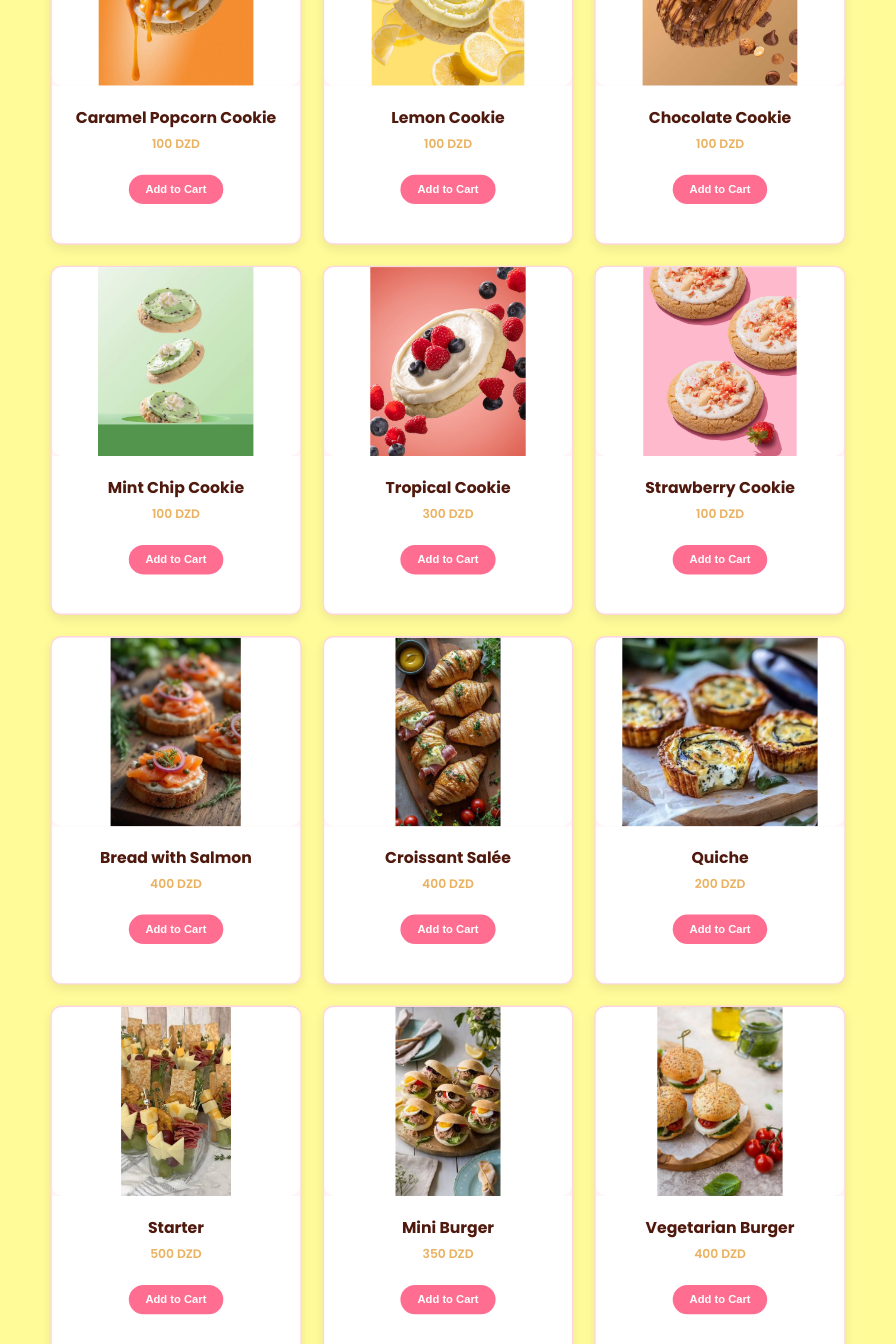
Repository: Sayy17/happy-oven-app
Page: /
The author's editor kept a copy of each file at every save. The page is drawn from the files as they stood at one save, then again after the next save.
The browser window is 1280 px wide. The pictures show the part of the page from y = 1181 to 3101 px (the page is 6322 px tall), at 70% of full size.
The project was rebuilt for these pictures with package versions that can differ from the ones it lists, and the page was loaded fresh each time. Also part of the build but not shown: src/components/Product/ReviewForm.js, src/components/Product/ProductDetail.js, src/components/Cart/CartPanel.js, src/components/Contact/ContactPopup.js, src/components/AboutUs/AboutUs.js, src/components/Notification.js.

Above is the page before, as saved 2025-05-06 16:48:55.

### public/index.html
<!DOCTYPE html>
<html lang="en">
<head>
  <meta charset="UTF-8" />
  <meta name="viewport" content="width=device-width, initial-scale=1.0" />
  <title>Happy Oven</title>
</head>
<body>
  <div id="root"></div>
</body>
</html>

### src/components/Shop/ProductGrid.js
import React from 'react';
import { Link } from 'react-router-dom';
import { useCart } from '../../context/CartContext';

const ProductGrid = ({ products, onProductClick }) => {
  const { addToCart } = useCart();

  const handleAddToCart = (e, product) => {
    e.preventDefault(); // Prevent navigation
    e.stopPropagation(); // Prevent event bubbling
    addToCart(product);
  };

  // Function to handle image errors
  const handleImageError = (e) => {
    e.target.onerror = null; // Prevent infinite loop
    e.target.src = '/images/placeholder.jpg'; // Set default placeholder
  };

  return (
    <div className="product-grid">
      {products.length === 0 ? (
        <div className="no-products">No products found</div>
      ) : (
        products.map((product) => (
          <div key={product.id} className="product-card">
            <Link
              to={`/products/${product.id}`}
              className="product-link"
              onClick={() => onProductClick(product.id)}
            >
              <div className="product-image">
                <img
                  src={product.image}
                  alt={product.name}
                  onError={handleImageError}
                />
              </div>
              <div className="product-info">
                <h3 className="product-name">{product.name}</h3>
                <p className="product-price">{product.price} DZD</p>
              </div>
              <button
                className="add-to-cart"
                onClick={(e) => handleAddToCart(e, product)}
              >
                Add to Cart
              </button>
            </Link>
          </div>
        ))
      )}
    </div>
  );
};

export default ProductGrid;

Loaded but not shown: src/index.js (common file); src/index.css (common file); src/data/products.js (294 lines, source omitted); src/context/ProductContext.js (139 lines, source omitted); src/context/CartContext.js (127 lines, source omitted); src/components/Shop/SearchComponent.js (115 lines, source omitted); src/App.js (90 lines, source omitted); src/components/Shop/Shop.js (82 lines, source omitted); src/components/Menu.js (81 lines, source omitted); src/components/Shop/CategoryButtons.js (35 lines, source omitted); src/components/BakeryBanner.js (22 lines, source omitted); src/components/Cart/FloatingCartIcon.js (21 lines, source omitted); src/components/Header.js (16 lines, source omitted); src/App.css (2205 lines, source omitted)

After the next save:
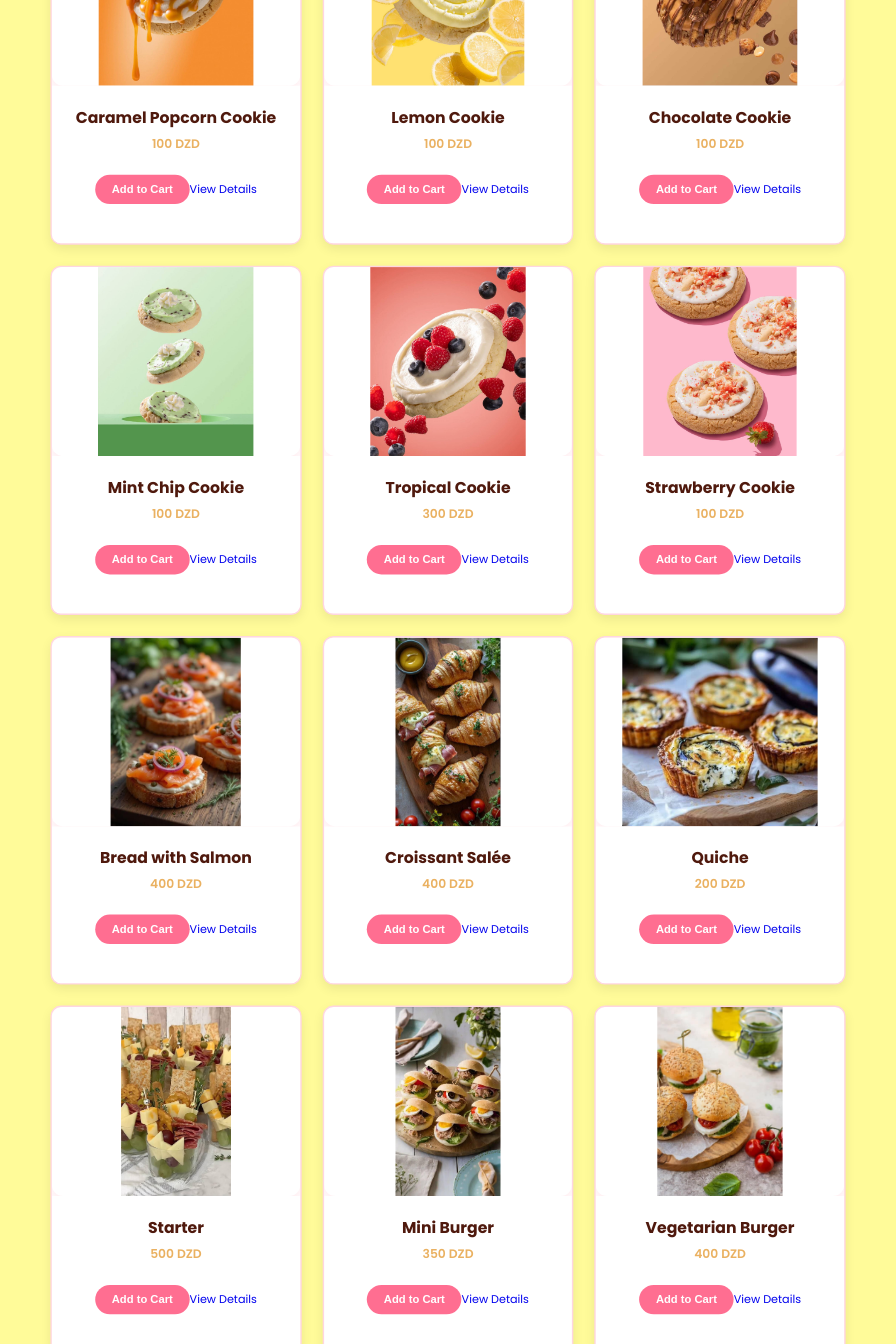
Saved 3 min 3 s later.
--- a/src/components/Shop/ProductGrid.js
+++ b/src/components/Shop/ProductGrid.js
@@ -40,13 +40,22 @@ const ProductGrid = ({ products, onProductClick }) => {
                 <h3 className="product-name">{product.name}</h3>
                 <p className="product-price">{product.price} DZD</p>
               </div>
+            </Link>
+            <div className="product-actions">
               <button
                 className="add-to-cart"
                 onClick={(e) => handleAddToCart(e, product)}
               >
                 Add to Cart
               </button>
-            </Link>
+              <Link
+                to={`/products/${product.id}`}
+                className="view-details"
+                onClick={() => onProductClick(product.id)}
+              >
+                View Details
+              </Link>
+            </div>
           </div>
         ))
       )}
